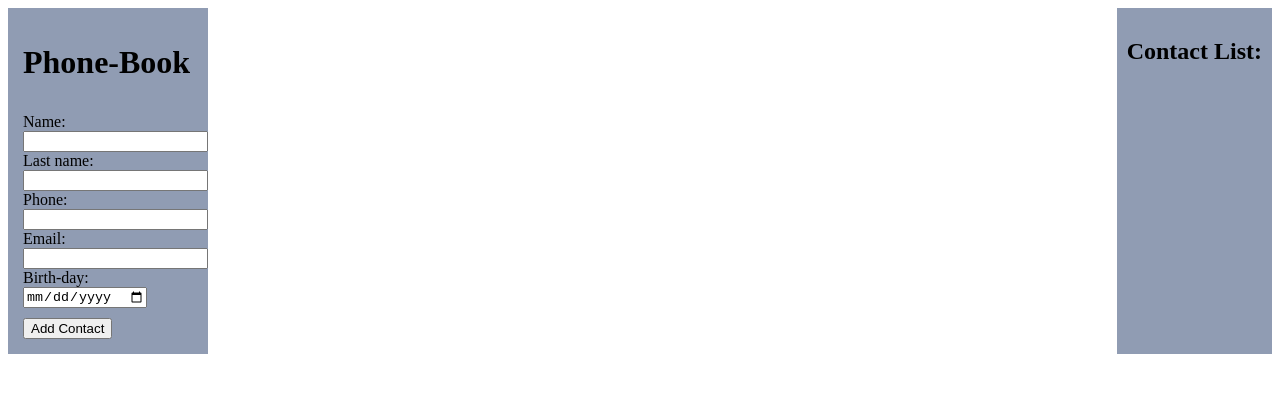
Repository: STA1357/Phone-book
Page: Inner.html
These files come from the project's save history. The page is drawn as it stood at one moment and after the next save; the edit follows.
The browser window is 1280 px wide. The pictures show the whole page.

Above is the page before, as saved 2020-12-10 11:03:07.

### Inner.html
<!DOCTYPE html>
<html lang="en">
<head>
    <meta charset="UTF-8">
    <meta name="viewport" content="width=device-width, initial-scale=1.0">
    <title>Phone Book</title>
    <link rel="stylesheet" href="./styles.css">
    <script src="./app.js"></script>
</head>
<body>
    <form action="#" method="POST">

        <header>
            <div class="header-title">
                <h1>Phone-Book</h1>
            </div>
        </header>

        <main>
            <div class="container">
                <label for="name">Name:</label>
                <input type="text" id="nameInput">
                <label for="lname">Last name:</label>
                <input type="text" id="lnameInput">
                <label for="tel">Phone:</label>
                <input type="text" id="telInput" class="tellinput">
                <label for="email">Email:</label>
                <input type="email" id="emailInput">
                <label for="birthname">Birth-day:</label>
                <input type="date" id="birthInput">
            </div>

        </main>

        <div class="btn">
        <button type="submit" id="btnAdd">Add Contact</button>
    </div>
    </form>
<div class="list-container">
    <h2>Contact List:</h2>
    <ul id="users"></ul>
</div>
</body>
</html>

### styles.css
*{
    box-sizing: border-box;
}

body{
    display: flex;
    flex-direction: row;
    justify-content: space-between;
}

form{
    width: 200px;
    background-color: rgb(144, 156, 179);
    padding: 10px;
}

.list-container{
    background-color: rgb(144, 156, 179);
    padding: 10px;
}











.selected{
    background-color: skyblue;
    color: black;
    text-shadow: 0.5px 0.5px grey;
}

.deleteBtn::before{
    color: brown;
    content: "delete";
}

div{
    padding: 5px;
}

li{
    font-weight: bold;
    font-style: italic;
}

### app.js
window.onload = function() {
    const localKey = 'contactsCollection';
    const form = document.querySelector('form');
    const list = document.getElementById('users');
    const userName = document.getElementById('nameInput');
    const userLname = document.getElementById('lnameInput');
    const userTel = document.getElementById('telInput');
    const userEmail = document.getElementById('emailInput');
    const userBirth = document.getElementById('birthInput');

    let contactsList = getContacts();
    let activeContact = null;

    generateContactList();

    function getContacts() {
        const res = localStorage.getItem(localKey);
        return res ? JSON.parse(res) : [];
    }

    function setToStorage(data) {
        localStorage.setItem(localKey, data);
    }

    function updateContactList(newList) {
        const string = JSON.stringify(newList);
        contactsList = newList;
        setToStorage(string);
        generateContactList();
    }

    function recordContact(newContact) {
        updateContactList([...contactsList, newContact])
    }

    function updateContact(newData) {
        contactsList = contactsList.map(contact => contact.id === newData.id ? newData : contact);
        updateContactList(contactsList);
    }

    function deleteContact(removeId) {
        contactsList = contactsList.filter(({ id }) => id !== removeId);
        updateContactList(contactsList);
    }

    function setActiveContact(id) {
        const contact = document.getElementById(`contact-${id}`);
        contact.classList.toggle('active');
    }

    function generateContactList() {
        console.log(contactsList);
        const fragment = document.createDocumentFragment();
        contactsList.forEach((contact) => {
            const { id, name, lastName, phone, mail, birthDay } = contact;
            const container = document.createElement('div');
            container.onclick = () => setActiveContact(id);
            container.id = `contact-${id}`;
            const title = document.createElement('li');
            title.innerText = `${name} ${lastName}`;

            const infoList = document.createElement('b');
            infoList.innerText = phone + ' - ' + mail + ' - ' + birthDay;
            // phonesList.innerText = phones.join(' ');
            container.appendChild(title);
            container.appendChild(infoList);
            fragment.appendChild(container);

            const deleteBtn = document.createElement('button');
            deleteBtn.className = 'deleteBtn'
            fragment.appendChild(deleteBtn);
            deleteBtn.addEventListener('mousedown', function (e) {
                e.preventDefault();
            })

            deleteBtn.addEventListener('click', function (e) {
                console.log(e);
                deleteContact();
            })

            //const btn = document.createElement('button');
            //btn.onclick = () => !deleteContact(removeId);
            //btn.appendChild(container)


            container.addEventListener('mousedown', function (e) {
                e.preventDefault();
            })

            container.addEventListener('click', function (e) {
                console.log(e);


                if (e.target == this) {
                    return false;

                }
                if (!e.ctrlKey) {
                    clearSelected(this.children);
                }
                addSelected(e.target);
            })

            function clearSelected(elems) {
                for (let elem of elems) {
                    elem.classList.remove('selected');
                }
            }

            function addSelected(target) {
                target.classList.add('selected');
            }
        });


        list.innerHTML = '';
        list.appendChild(fragment);


    }

    function getId() {
        return '_' + Math.random().toString(36).substr(2, 9);
    };

    form.onsubmit = (event) => {
        event.preventDefault();
        const contact = {
            id: getId(),
            name: userName.value,
            lastName: userLname.value,
            phone: userTel.value,
            mail: userEmail.value,
            birthDay: userBirth.value
        }
        recordContact(contact);
        console.log(contact);
    }
}

// const form = document.querySelector('form')
// const list = document.getElementById('users')
// const userName = document.getElementById('nameInput')
// const userLname = document.getElementById('lnameInput')
// const userTel = document.getElementById('telInput')
// const userEmail = document.getElementById('emailInput')
// const userBirth = document.getElementById('birthInput')
// const entry = document.createElement('li')


// function addUser() {
//     const list = document.getElementById('users')
//     const userName = document.getElementById('nameInput')
//     const userLname = document.getElementById('lnameInput')
//     const userTel = document.getElementById('telInput')
//     const userEmail = document.getElementById('emailInput')
//     const userBirth = document.getElementById('birthInput')
//     const entry = document.createElement('li')
//     entry.appendChild(document.createTextNode(userName.value + ' ' + userLname.value + ' '
//     + userTel.value + ' ' + userEmail.value + ' ' + userBirth.value))
//     list.appendChild(entry)
//     return false

// }

// let bookContacts = [];

// const addContacts = (ev) => {
//     ev.preventDefault();
//     let contact = {
//         name: document.getElementById('nameInput').value,
//         lname: userLname.value,
//         tel: userTel.value,
//         email: userEmail.value,
//         birthday: userBirth.value
//     }
//     bookContacts.push(contact);
//     document.forms[0].reset();
// }
// document.addEventListener('DomContentLoad', () =>{
//     document.getElementById('btnAdd').addEventListener('click',addContacts)
// })
// console.log(bookContacts);




/*class Person{
    constructor(options){
        this.name = options.name
        this.lname = options.lname
        this.tel = options.tel
        this.email = options.email
        this.birthday = options.birthday
    }
}

class User extends Person{
    static type = "User"
}

const user = new User({
    name: "",
    lname: "",
    tel: "",
    email:"",
    birthday:""
})


localStorage.setItem('userInfo', JSON.stringify(user));




const raw = localStorage.getItem('userInfo')
const userInfo = JSON.parse(raw)
userInfo.name = 'Maxim'

console.log(userInfo);*/

After the next save:
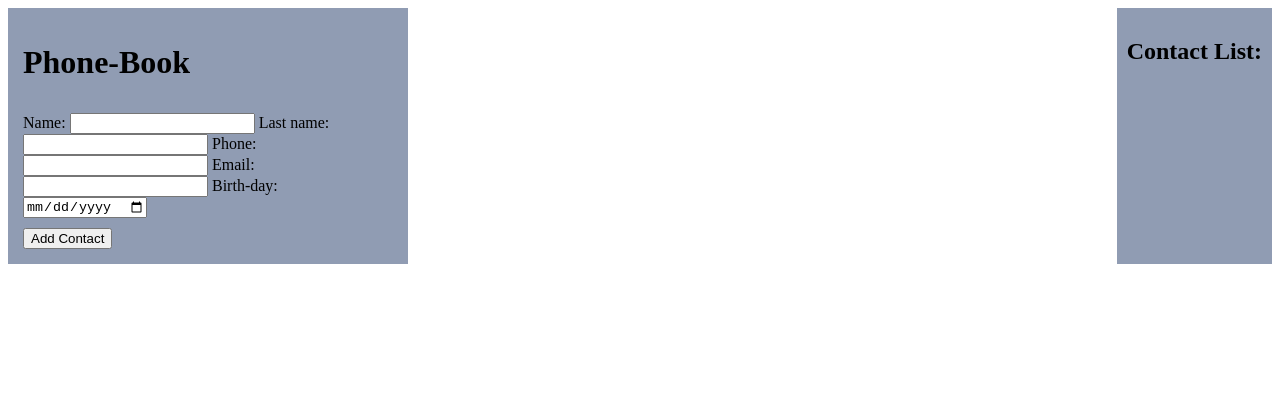
Saved 21 s later.
--- a/styles.css
+++ b/styles.css
@@ -9,7 +9,7 @@ body{
 }
 
 form{
-    width: 200px;
+    width: 400px;
     background-color: rgb(144, 156, 179);
     padding: 10px;
 }
